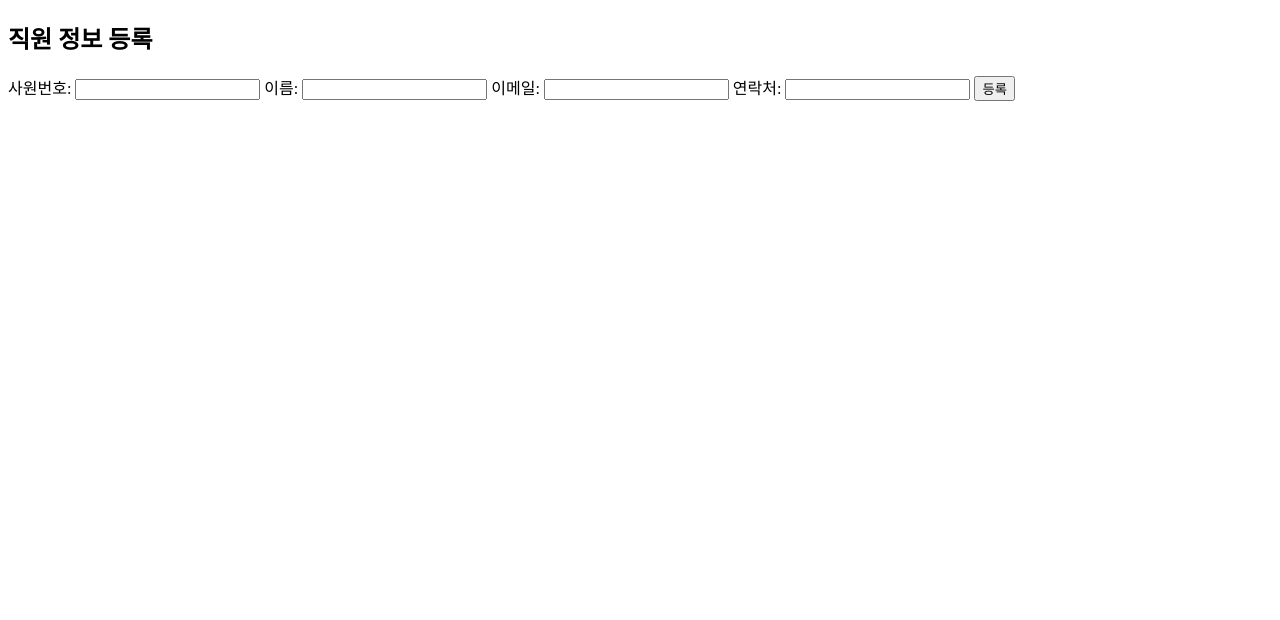
Repository: sieoh/2024html-
Page: http://localhost/jspweb_08/empform.jsp
The author's editor kept a copy of each file at every save. The page is drawn from the files as they stood at one save, then again after the next save.
The browser window is 1280 px wide. The pictures show the whole page.
The page is served by Tomcat 9.

Above is the page before, as saved 2024-01-12 01:18:00.

After the next save:
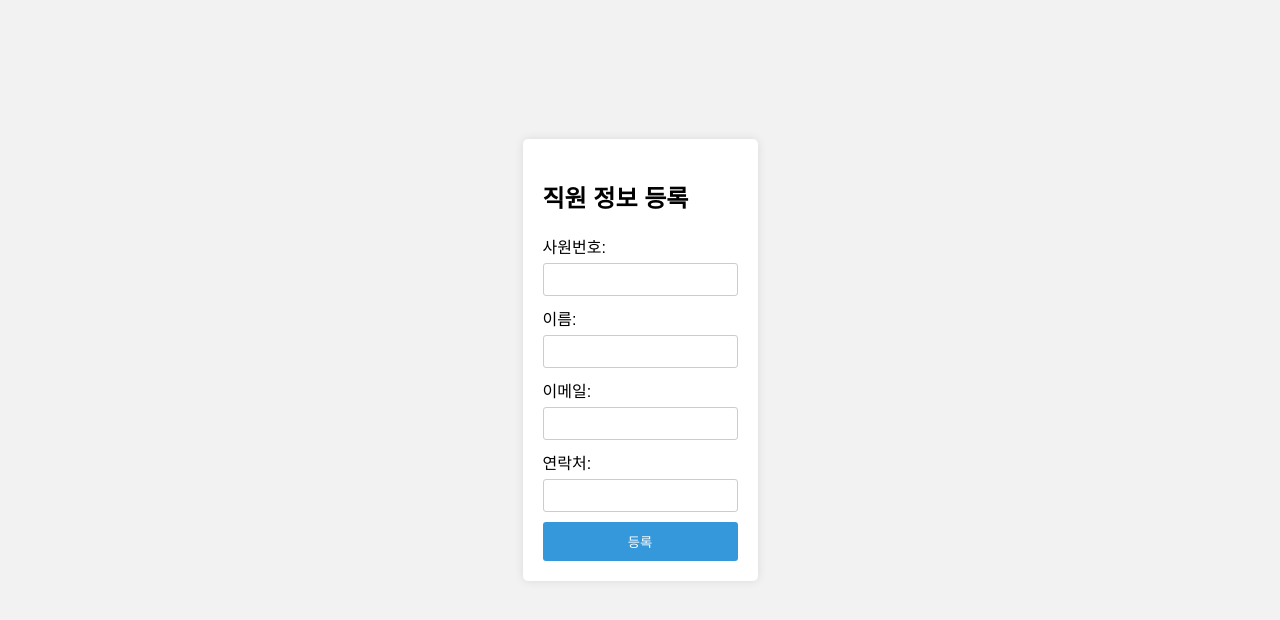
Saved 2 min 33 s later.
--- a/workspace_sts/jspweb_08/src/main/webapp/empform.jsp
+++ b/workspace_sts/jspweb_08/src/main/webapp/empform.jsp
@@ -5,6 +5,54 @@
 <head>
 <meta charset="UTF-8">
 <title>Insert title here</title>
+<style type="text/css">
+	body {
+            font-family: Arial, sans-serif;
+            background-color: #f2f2f2;
+            margin: 0;
+            padding: 0;
+            display: flex;
+            justify-content: center;
+            align-items: center;
+            height: 100vh;
+        }
+
+        .employee-form {
+            background-color: #fff;
+            padding: 20px;
+            border-radius: 5px;
+            box-shadow: 0 0 10px rgba(0, 0, 0, 0.1);
+        }
+
+        form {
+            display: flex;
+            flex-direction: column;
+        }
+
+        label {
+            margin-bottom: 5px;
+        }
+
+        input {
+            padding: 8px;
+            margin-bottom: 10px;
+            border: 1px solid #ccc;
+            border-radius: 3px;
+        }
+
+        button {
+            background-color: #3498db;
+            color: #fff;
+            padding: 10px;
+            border: none;
+            border-radius: 3px;
+            cursor: pointer;
+        }
+
+        button:hover {
+            background-color: #217dbb;
+        }
+</style>
 </head>
 <body>
 	<div class="employee-form">
